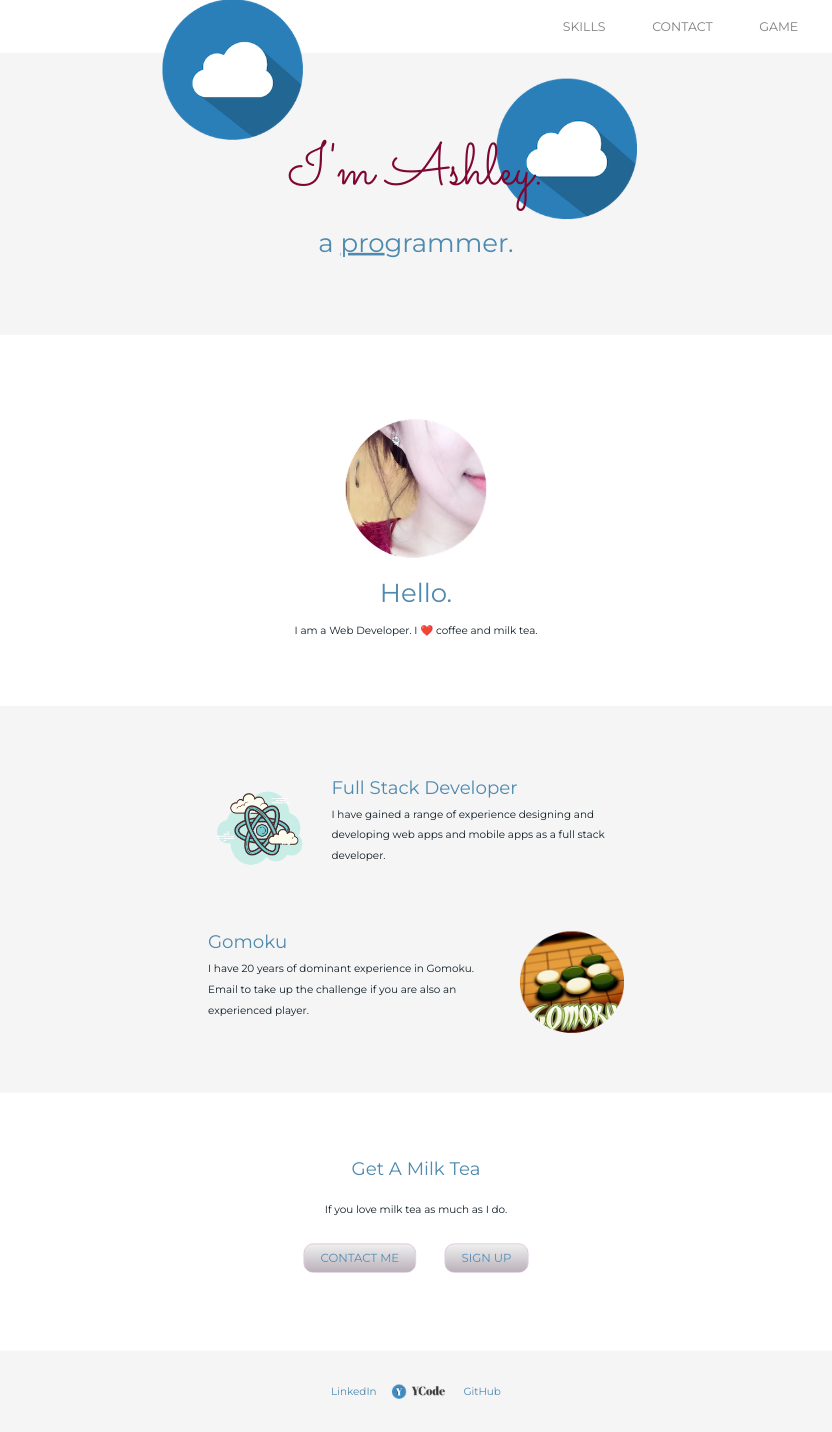
Repository: nosugarpls/YCode-my-website
Page: index.html
These files come from the project's save history. The page is drawn as it stood at one moment and after the next save; the edit follows.
The browser window is 1280 px wide. The pictures show the whole page, at 65% of full size.

Above is the page before, as saved 2020-10-20 00:28:44.

### index.html
<!DOCTYPE html>
<html>
  <head>
    <meta charset="utf-8">
    <title>Ashley(Yu) Shi</title>


    <!-- CSS Stylesheets -->
    <link rel="stylesheet"
      href="https://stackpath.bootstrapcdn.com/bootstrap/4.5.2/css/bootstrap.min.css"
      integrity="sha384-JcKb8q3iqJ61gNV9KGb8thSsNjpSL0n8PARn9HuZOnIxN0hoP+VmmDGMN5t9UJ0Z"
      crossorigin="anonymous">
    <link rel="stylesheet" href="css/styles.css">
    <link
      href="https://fonts.googleapis.com/css?family=Merriweather|Montserrat|Sacramento"
      rel="stylesheet">
    <link rel="icon" href="images/YLogo.png">


    <!-- Bootstrap Scripts -->
    <script src="https://code.jquery.com/jquery-3.5.1.slim.min.js"
      integrity="sha384-DfXdz2htPH0lsSSs5nCTpuj/zy4C+OGpamoFVy38MVBnE+IbbVYUew+OrCXaRkfj"
      crossorigin="anonymous"></script>
    <script
      src="https://cdn.jsdelivr.net/npm/popper.js@1.16.1/dist/umd/popper.min.js"
      integrity="sha384-9/reFTGAW83EW2RDu2S0VKaIzap3H66lZH81PoYlFhbGU+6BZp6G7niu735Sk7lN"
      crossorigin="anonymous"></script>
    <script
      src="https://stackpath.bootstrapcdn.com/bootstrap/4.5.2/js/bootstrap.min.js"
      integrity="sha384-B4gt1jrGC7Jh4AgTPSdUtOBvfO8shuf57BaghqFfPlYxofvL8/KUEfYiJOMMV+rV"
      crossorigin="anonymous"></script>
  </head>

  <body>

    <!-- Nav Bar -->
    <nav class="navbar navbar-expand-lg navbar-light">
      <button class="navbar-toggler" type="button" data-toggle="collapse"
        data-target="#navbarToggler">
        <span class="navbar-toggler-icon"></span>
      </button>

      <div class="collapse navbar-collapse" id="navbarToggler">
        <ul class="navbar-nav ml-auto">
          <li class="nav-item">
            <a class="nav-link" href="#skills">SKILLS</a>
          </li>
          <li class="nav-item">
            <a class="nav-link" href="#contact">CONTACT</a>
          </li>
          <li class="nav-item">
            <a class="nav-link" href="piano.html">GAME</a>
          </li>
        </ul>
      </div>
    </nav>

    <div class="top-container">
      <img class="top-cloud" src="images/cloud.png" alt="cloud">
      <div class="title-text">
        <h1 class="big-title">I'm Ashley.</h1>
        <h2>a <span class="pro">pro</span>grammer.</h2>
      </div>
      <img class="bottom-cloud" src="images/cloud.png" alt="cloud">
    </div>

    <div class="middle-container">
      <div class="profile">
        <img class="avatar" src="images/ashely.png" alt="ashley-profile-img">
        <h2>Hello.</h2>
        <p class="intro">I am a Web Developer. I ❤️ coffee and milk tea.</p>
      </div>

      <div class="skills" id="skills">
        <div class="skill-row">
          <img class="react-img" src="images/react.png" alt="react-img">
          <h3>Full Stack Developer</h3>
          <p>I have gained a range of experience designing and developing web
            apps and mobile apps as a full stack developer.</p>
        </div>
        <div class="skill-row">
          <img class="game-img" src="images/game.png" alt="game-img">
          <h3>Gomoku</h3>
          <p>I have 20 years of dominant experience in Gomoku. Email to take up
            the challenge if you are also an experienced player.</p>
        </div>
      </div>

      <div class="contact-me" id="contact">
        <h3 class="contact-message">Get A Milk Tea</h3>
        <p class="contact-massage">If you love milk tea as much as I do.</p>
        <div class="btn-container">
          <a class="btn" href="mailto:coloraworld@gmail.com">CONTACT ME</a>
          <a class="btn" href="https://frozen-brushlands-14955.herokuapp.com/">SIGN UP</a>
        </div>
      </div>
    </div>

    <div class="bottom-container">
      <a href="https://www.linkedin.com/in/yu-ashley-shi-328239197/">LinkedIn</a>
      <img src="images/logo.png" alt="img">
      <a href="https://github.com/nosugarpls">GitHub</a>
    </div>
  </body>
</html>

### css/styles.css
body {
  color: #40514E;
  margin: 0;
  text-align: center;
  font-family: 'Merriweather', serif;
}

h1 {
  color: #7d0633;
  font-size: 5.625rem;
  margin: 50px auto 0 auto;
  font-family: 'Sacramento', cursive;
  z-index: 1;
  position: relative;
}

h2 {
  color: #4e89ae;
  font-family: 'Montserrat', sans-serif;
  font-size: 2.5rem;
  font-weight: normal;
  padding-bottom: 10px;
}

h3 {
  color: #4e89ae;
  font-family: 'Montserrat', sans-serif;
}

p {
  line-height: 2;
  color: #0f1e27;
  font-family: 'Montserrat', sans-serif;
}

a {
  color: #4e89ae;
  font-family: 'Montserrat', sans-serif;
  margin: 10px 20px;
  text-decoration: none;
}

.big-title {
  margin-top: 30px;
  margin-bottom: 30px;
}

.avatar {
  margin-top: 30px;
  margin-bottom: 30px;
}

.skills {
  background-color: #f5f5f5;
  margin-top: 100px;
  margin-bottom: 100px;
  padding-top: 10px;
  padding-bottom: 10px;
}

.top-container {
  background-color: #f5f5f5;
  position: relative;
  padding-top: 100px;
  padding-bottom: 100px;
}

.middle-container {
  margin-top: 100px;
  margin-bottom: 100px;
}

.bottom-container {
  background-color: #f5f5f5;
  padding: 50px 0 50px;
}

.skill-row {
  width: 50%;
  margin: 100px auto 100px auto;
  text-align: left;
}

.pro {
  text-decoration: underline;
}

.intro {
  width: 30%;
  margin: auto;
  color: #0f1e27;
  font-family: 'Montserrat', sans-serif;
}

.top-cloud {
  position: absolute;
  right: 300px;
  top: 40px;
}

.bottom-cloud {
  position: absolute;
  left: 250px;
  bottom: 300px;
}

.react-img {
  width: 25%;
  float: left;
  margin-right: 30px;
}

.game-img {
  width: 25%;
  float: right;
  margin-left: 30px;
}

.contact-message {
  margin-top: 30px;
  margin-bottom: 30px;
}

.btn {
	background:linear-gradient(to bottom, #ededed 5%, #bab1ba 100%);
	background-color:#ededed;
	border-radius:15px;
	border:1px solid #d6bcd6;
	display:inline-block;
	cursor:pointer;
	color:#4e89ae;
  font-family: 'Montserrat', sans-serif;
	font-size:18px;
  padding:8px 25px;
  margin-top: 20px;
  margin-bottom: 20px;
	text-decoration:none;
	text-shadow:0px 1px 0px #e1e2ed;
}

.btn:hover {
	background:linear-gradient(to bottom, #bab1ba 5%, #ededed 100%);
	background-color:#bab1ba;
}

.btn:active {
	position:relative;
	top:1px;
}

/* Navigation Bar */

.nav-item {
  padding: 0 8px;
}

.nav-link {
  font-size: 1.2rem;
  font-family: 'Montserrat', sans-serif;
  color: #4e89ae;
  z-index: 2;
  position:relative;
}

.btn-container {
  display: block;
  text-align: center;
}

After the next save:
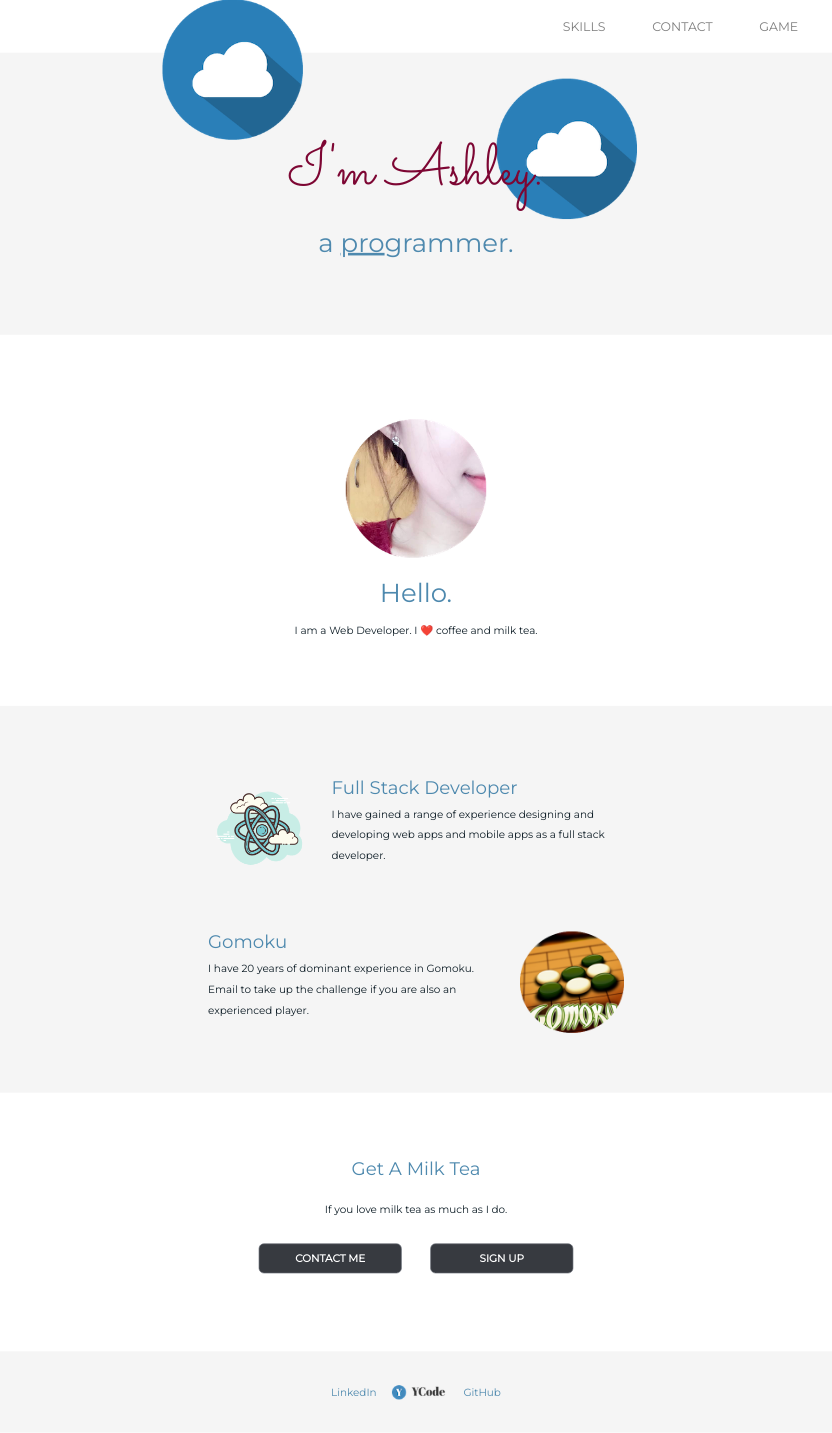
Saved 8 h 54 min later.
--- a/css/styles.css
+++ b/css/styles.css
@@ -121,7 +121,7 @@ a {
   margin-bottom: 30px;
 }
 
-.btn {
+/* .btn {
 	background:linear-gradient(to bottom, #ededed 5%, #bab1ba 100%);
 	background-color:#ededed;
 	border-radius:15px;
@@ -146,6 +146,29 @@ a {
 .btn:active {
 	position:relative;
 	top:1px;
+} */
+
+
+.btn {
+  width: 220px;
+  cursor: pointer;
+  display: inline-block;
+  font-family: 'Montserrat', sans-serif;
+  text-align: center;
+  font-weight: bold;
+  background-color: #373a40;
+  border: 1px solid #686d76;
+  border-radius: 8px;
+  color: #fff;
+  padding: 10px;
+  text-decoration: none;
+  font-size: 16px;
+  margin: 20px;
+}
+
+.btn:active, .btn:focus, .btn:hover {
+  background-color: #686d76;
+  border: 1px solid #fff;
 }
 
 /* Navigation Bar */
